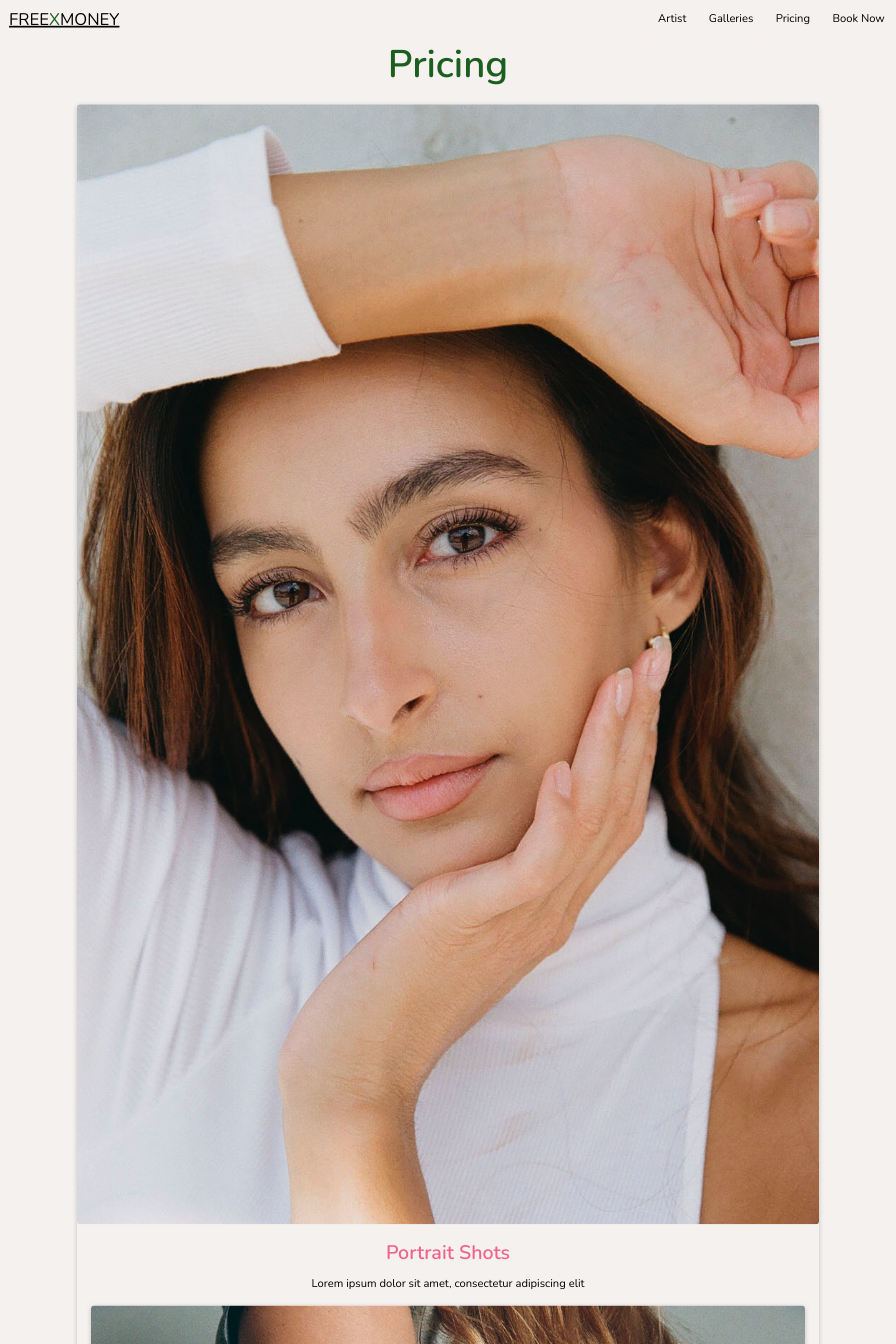
Repository: burntaftermint/freexmoney-draft
Page: pricing.html
The author's editor kept a copy of each file at every save. The page is drawn from the files as they stood at one save, then again after the next save.
The browser window is 1280 px wide. The pictures show the part of the page from y = 0 to 1920 px (the page is 5195 px tall before and 849 px after), at 70% of full size.
Some web fonts or font styles are not loaded; a fallback is used.

Above is the page before, as saved 2024-06-06 04:30:54.

### pricing.html
<!DOCTYPE html>
<html lang="en">
<head>
    <meta charset="UTF-8">
    <meta http-equiv="X-UA-Compatible" content="IE=edge">
    <meta name="viewport" content="width=device-width, initial-scale=1.0">
    <script src="script.js" defer></script>
    <title>FREEXMONEY</title>
    <link rel="preconnect" href="https://fonts.googleapis.com">
<link rel="preconnect" href="https://fonts.gstatic.com" crossorigin>
<link href="https://fonts.googleapis.com/css2?family=Architects+Daughter&family=Kumbh+Sans:wght@400;700&family=Montserrat:ital,wght@0,100;0,200;0,300;0,400;0,500;0,600;0,700;0,800;0,900;1,100;1,200;1,300;1,400;1,500;1,600;1,700;1,800;1,900&family=Nunito:wght@300;400;500;600&family=Roboto:wght@300&family=Rubik:wght@400;500;600;700;800&family=Yantramanav:wght@500&display=swap" rel="stylesheet">
    <link rel="stylesheet" type="text/css" href="style.css">
</head>
<body>
    <nav class="navbar">
        <div class="nav-title"><a href="index.html">FREE<span>X</span>MONEY</a>
        </div>
        <a href="#" class="toggle-button">
            <span class="bar"></span>
            <span class="bar"></span>
            <span class="bar"></span>

        </a>
        <div class="navbar-links">
            <ul>
                <li><a href="artist.html">Artist</a></li>
                <li><a href="gallery.html">Galleries</a></li>
                <li><a href="pricing.html">Pricing</a></li>
                <li><a href="home.html">Book Now</a></li>
            </ul>
        </div>
    </nav>
    <h1 class="galleryh1">Pricing</h1>
   <div class="gallery-container">

       <div class="gallery-content-section">
           <div class="gallery-card">
               <img src="images/portraits.JPG" alt="">
               <h2>Portrait Shots</h2>
               <ul>Lorem ipsum dolor sit amet, consectetur adipiscing elit</pul
           </div>
           <div class="gallery-card">
            <img src="images/wagonz.JPG" alt="">
            <h2>Wagonz</h2>
            <ul>Lorem ipsum dolor sit amet, consectetur adipiscing elit</ul>
        </div>
        <div class="gallery-card">
            <img src="images/loacation-shots.JPG" alt="">
            <h2>Location Shots</h2>
            <ul>Lorem ipsum dolor sit amet, consectetur adipiscing elit</ul>
        </div>

       </div>
   </div>


    </div>
</body>
</html>

### style.css

* {
    margin: 0;
    padding: 0;
    box-sizing: border-box;
    font-family: 'Nunito', sans-serif;
    background-color: #f5f1ef;
}

.container {
    display: flex;
    flex-direction: column;
    justify-content: center;
    align-items: center;
    text-align: center;
    margin: 15px 20px 0 20px;
}

.social-links img {
    width: 50px;

    margin: 20px;
    cursor: pointer;
}

.social-links {
    text-align: center;
}




.container .heading {
    width: 50%;
    padding-bottom: 20px;
}

.container .heading h3 {
    font-size: 3em;
    font-weight: 400;
    border-bottom: 3px solid #1b5e20;

}

.container .heading h3 span {
    color: #1b5e20;
    font-weight: 600;
}

.container .box {
    display: flex;
    flex-direction: row;
    justify-content: space-between;

}

.container .box .row1 {
    display: flex;
    flex-direction: column;
    width: 32.5%;
}

.container .box .row1 img {
    width: 100%;
    padding-bottom: 10px;
    animation: fadeInUp 2s ease;
}

.container .box .row1 img:hover{
    opacity: 0.5;
    transition: 0.2s ease;

}

.container .btn {
    margin: 40px 0 70px 0;
    background: #1b5e20;
    padding: 15px 40px ;
    border-radius: 5px;
}


.container .btn a {
    text-decoration: none;
    background-color: transparent;
    color: #f5f5f5;
    font-weight: bolder;
    letter-spacing: 1px;
}

.container .heading a {
    text-decoration: none;
    color: black;
}
.container .heading a:hover {

    color: #f06292;
}

.container .btn a:hover {
    text-decoration: none;
    background-color: transparent;
    color: #f06292;
    font-weight: bolder;

}

/* gallery css */
.gallery-container {
    width: 100%;
    min-height: 100vh;
    display: flex;
    justify-content: center;
    align-items: center;
    padding: 0px 90px;
}

.gallery-content-section {
    display: flex;
    justify-content: center;
    align-items: center;
    text-align: center;
    animation: fadeInRight 2s ease;
}

.gallery-content-section .gallery-card {
    flex: 1;
    margin: 20px 20px;
    box-shadow: 0px 2px 8px 0px rgba(0,0,0,0.2);
    border-radius: 5px;
}

.gallery-content-section .gallery-card:hover {
    transform: scale(1.2);
}

.gallery-content-section .gallery-card img {
    width: 100%;
    height: auto;
    border-radius: 5px;
}

.gallery-content-section .gallery-card h2 {
    margin: 15px 0px;
    font-size: 28px;
    color: #f06292;
}

.gallery-content-section .gallery-card p {
    font-size: 16px;
    line-height: 1.5;
    padding: 0px 10px;
    margin-bottom: 20px;
}

.galleryh1 {
    text-align: center;
    font-size: 55px;
    color: #1b5e20;
}

/* home css */

.hero {
    background-color: #f5f1ef;
    overflow: hidden;
}

.home-heading h1 {
    color: #1b5e20;
    font-size: 55px;
    text-align: center;
    margin-top: 35px;
    margin-bottom: -30px;
}

.hero-content p {
    font-size: 24px;
    line-height: 1.5;
    margin-bottom: 40px;
    color: rgb(39, 39, 39);
}

.hero-btn {
    display: inline-block;
    background-color: #1b5e20;
    margin-top: -20px;
    padding: 12px 24px;
    border-radius: 5px;
    font-size: 20px;
    border: none;
    cursor: pointer;
    transition: 0.3s ease;
    font-weight: bolder;
    letter-spacing: 1px;
}
.hero-btn a {

    text-decoration: none;
    background-color: transparent;
    color: #f5f5f5;
}
.hero-btn a:hover {

    color: #f06292;
}
.container_home {
    display: flex;
    justify-content: center;
    align-items: center;
    width: 90%;
    margin: 65px auto;
}
.hero-content {
    flex: 1;
    width: 600px;
    margin: 0px 25px;
    animation: fadeInUp 2s ease;
}
.hero-image {
    flex: 1;
    width: 600px;
    margin: auto;
    animation: fadeInRight 2s ease;
}

.hero-content h2 {
    color: #f06292;
    font-size: 38px;
    margin-bottom: 10px;
}

.hero img {
width: 100%;
height: auto;
border-radius: 10px;
}

/* navbar css */
.navbar {
    display: flex;
    justify-content: space-between;
    align-items: center;
    background-color: #f5f1ef;


}

.nav-title {
    background-color: transparent;
    text-decoration: underline;
}
.nav-title a{
    color: black;

}
.nav-title a:hover{
    color: #f06292;
}
.nav-title span{
    background-color: transparent;
    color: #1b5e20;
}

.navbar-links ul {
    margin: 0;
    padding: 0;
    display: flex;
}

.navbar-links li {
    list-style: none;

}

.navbar-links li a {
    text-decoration: none;
    color: black;
    padding: 1rem;
    display: block;



}

.navbar-links li a:hover{
    color: #f06292;
}
.nav-title {
    font-size: 1.5rem;
    margin: .5rem;
    padding-left: 5px;

}

.toggle-button {
    position: absolute;
    top: .75rem;
    right: 1rem;
    display: none;
    flex-direction: column;
    justify-content: space-between;
    width: 30px;
    height: 21px;
}

.toggle-button .bar {
    height: 3px;
    width: 100%;
    background-color: black;
    border-radius: 10px;
}

/* Pricing css */

.pricing-table {
    display: flex;
    flex-direction: row; /* Arrange items vertically */
    align-items: center; /* Center items horizontally */
    justify-content: center; /* Center items vertically */
    min-height: 100vh; /* Set minimum height as 100% of the viewport height */
    max-width: 1600px;
    margin: 0 auto; /* Center the pricing table horizontally */


}

/* Add this style if you want some space between pricing cards */
.pricing-card {
     /* Adjust as needed */
    flex: 1;
    max-width: 360px;
    background-color: #fa7fa8;
    margin: 20px 10px;
    text-align: center;
    cursor: pointer;
    overflow: hidden;
    color: #f5f1ef;
    transition: .3s linear;
    border-radius: 10px;
    padding-bottom: 10px;
    animation: fadeInRight 2s ease;

}

.pricing-card-header {
    background-color: #1b5e20;
    display: inline-block;
    color: #f5f1ef;
    padding: 12px 30px;
    border-radius: 0 0 20px 20px;
    font-size: 16px;
    text-transform: uppercase;
    font-weight: 600;
    transition: .4s linear;

}

.pricing-card li {
    font-size: 20px;
    padding: 10px 0;
    text-transform: uppercase;
}

.pricingh1 {
    margin-top: 50px;
    margin-bottom: -100px;
    text-align: center;
    font-size: 55px;
    color: #1b5e20;
}





.pricing-card li {
    background-color: #fa7fa8;
}
.pricing-card strong {
    background-color: #fa7fa8;
}
.pricing-card sup {
    background-color: #fa7fa8;
}

.price {
    background-color: #fa7fa8;
    font-size: 70px;
    color: #f5f1ef;
    margin: 40px 0;
    transition: .2s linear;
}

.price sup, .price span {
    font-size: 22px;
    font-weight: 700;
}









@media only screen and (max-width: 1000px) {
    .gallery-content-section {
        flex-direction: column;
    }

    .pricing-card {
        flex: 50%;

    }

    .pricing-card-header {
        font-size: 10.5px;
    }

    .price {
        font-size: 45px;
    }

    .pricing-card li {
        font-size: 15px;
    }



}




@media only screen and (max-width: 769px) {
    .container .box {
        flex-direction: column;
    }
    .container .box .row1 {
        width: 100%;
    }
    .home-heading h1 {
        font-size: 45px;
        margin-top: 30px;
    }

    .hero {
        margin: 0px;

    }
    .container_home {
        width: 100%;
        flex-direction: column;
        margin: 0px;
        padding: 0px 40px;

    }
    .hero-content {
        width: 100%;
        margin: 35px 0px;
    }
    .hero-content h2 {
        font-size: 30px;

    }
    .hero-content p {
        font-size: 18px;
        margin-bottom: 20px;
    }
    .hero-btn {
        font-size: 16px;
        padding: 8px 16px;

    }
    .hero-image {
        width: 100%;
    }

    .pricing-card {
        flex: 50%;

    }

    .pricing-card-header {
        font-size: 6px;
    }

    .price {
        font-size: 35px;
    }

    .pricing-card li {
        font-size: 15px;
    }


}






@media only screen and (max-width: 718px) {
    .container .heading {
        width: 100%;

    }

    .container .heading h3 {
        font-size: 2.5em;


    }
}

@media only screen and (max-width: 549px) {
    .toggle-button {
        display: flex;

    }
    .navbar-links {
        display: none;
        width: 100%;

    }
    .navbar {
        flex-direction: column;
        align-items: flex-start;
    }

    .navbar-links ul {
        width: 100%;
        flex-direction: column;
    }

    .navbar-links li {
        text-align: center;
    }

    .navbar-links li a {
        padding: .3rem .7rem;
    }

    .navbar-links.active {
        display: flex;
    }
}

@media only screen and (max-width: 510px) {
    .gallery-card {
        width: 150%;

    }
}

@media only screen and (max-width: 400px) {
    .pricingh1 {
        margin-bottom: -175px;
    }
}

@keyframes fadeInUp {
    0% {
        opacity: 0;
        transform: translateY(50px);
    }
    100% {
        opacity: 1;
        transform: translateY(0px);
    }
}


@keyframes fadeInRight {
    0% {
        opacity: 0;
        transform: translateX(-50px);
    }
    100% {
        opacity: 1;
        transform: translateX(0px);
    }
}

Loaded but not shown: script.js (common file)

After the next save:
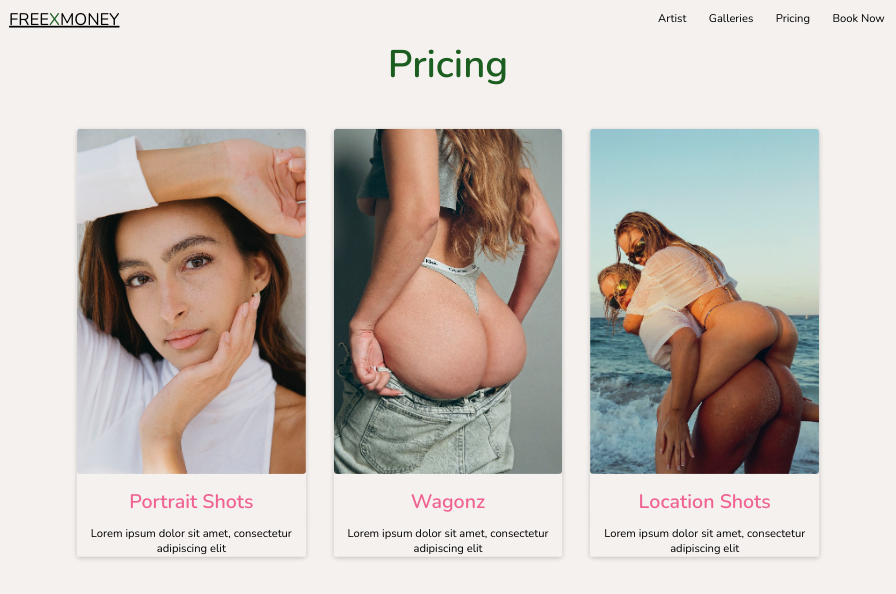
Saved 11 s later.
--- a/pricing.html
+++ b/pricing.html
@@ -37,7 +37,7 @@
            <div class="gallery-card">
                <img src="images/portraits.JPG" alt="">
                <h2>Portrait Shots</h2>
-               <ul>Lorem ipsum dolor sit amet, consectetur adipiscing elit</pul
+               <ul>Lorem ipsum dolor sit amet, consectetur adipiscing elit</ul>
            </div>
            <div class="gallery-card">
             <img src="images/wagonz.JPG" alt="">
